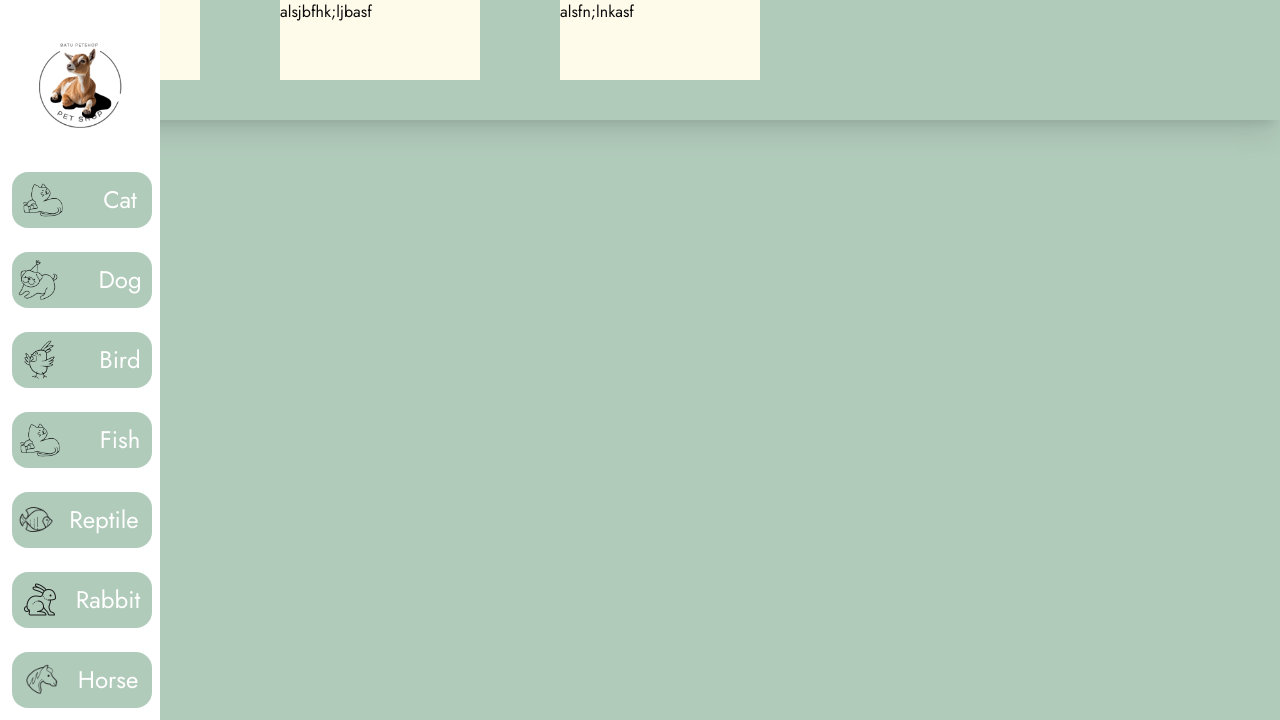
Repository: batu-call/batu-petshop
Page: /main (app in petshopp-appAdmin/admin/)
The author's editor kept a copy of each file at every save. The page is drawn from the files as they stood at one save, then again after the next save.
The browser window is 1280 px wide. The pictures show the whole page.
The project was rebuilt for these pictures with package versions that can differ from the ones it lists, and the page was loaded fresh each time. The framework's server and built-in components were replaced by stand-ins that run in the browser. Also part of the build but not shown: petshopp-appAdmin/admin/next.config.ts.

Above is the page before, as saved 2025-09-20 00:08:31.

### petshopp-appAdmin/admin/src/app/layout.tsx
import type { Metadata } from "next";
import { Jost } from 'next/font/google';
import "./globals.css";

const jost = Jost({
  subsets: ['latin'],
  weight: ['400', '500', '700'],
});


export const metadata: Metadata = {
  title: "Batu Petshop AdminPanel",
  description: "Generated by create next app",
   icons: {
    icon: '/favicon.ico',
  },
};

export default function RootLayout({
  children,
}: Readonly<{
  children: React.ReactNode;
}>) {
  return (
    <html lang="en">
      <body
        className={`antialiased ${jost.className}`}
      >
        {children}
      </body>
    </html>
  );
}

### petshopp-appAdmin/admin/src/app/main/layout.tsx
import Main from "./controller/Main"

export default function MainLayout({ children }: { children: React.ReactNode }) {
  return <Main>{children}</Main>
}

### petshopp-appAdmin/admin/src/app/main/page.tsx
import React from 'react'
import Main from './controller/Main'


const page = () => {
  return (
    <div>
        <Main />
    </div>
  )
}

export default page

### petshopp-appAdmin/admin/src/app/globals.css
@import "tailwindcss";
@import "tw-animate-css";

@custom-variant dark (&:is(.dark *));

@layer utilities {
  .bg-primary {
    background-color: #B1CBBB;
  }
  .bg-secondary {
    background-color: #DDEEDD;
  }
  .bg-secondary_20 {
    background-color: rgba(221, 238, 221, 0.2);
  }
  .text-jost {
    font-family: 'Jost',sans-serif;
  }
  .text-color {
    color: #393E46;
  }
  .text-color2 {
    color: #B1CBBB;
  }
}

body {
  font-family: 'Jost', Arial, Helvetica, sans-serif
}

@theme inline {
  --radius-sm: calc(var(--radius) - 4px);
  --radius-md: calc(var(--radius) - 2px);
  --radius-lg: var(--radius);
  --radius-xl: calc(var(--radius) + 4px);
  --color-background: var(--background);
  --color-foreground: var(--foreground);
  --color-card: var(--card);
  --color-card-foreground: var(--card-foreground);
  --color-popover: var(--popover);
  --color-popover-foreground: var(--popover-foreground);
  --color-primary: var(--primary);
  --color-primary-foreground: var(--primary-foreground);
  --color-secondary: var(--secondary);
  --color-secondary-foreground: var(--secondary-foreground);
  --color-muted: var(--muted);
  --color-muted-foreground: var(--muted-foreground);
  --color-accent: var(--accent);
  --color-accent-foreground: var(--accent-foreground);
  --color-destructive: var(--destructive);
  --color-border: var(--border);
  --color-input: var(--input);
  --color-ring: var(--ring);
  --color-chart-1: var(--chart-1);
  --color-chart-2: var(--chart-2);
  --color-chart-3: var(--chart-3);
  --color-chart-4: var(--chart-4);
  --color-chart-5: var(--chart-5);
  --color-sidebar: var(--sidebar);
  --color-sidebar-foreground: var(--sidebar-foreground);
  --color-sidebar-primary: var(--sidebar-primary);
  --color-sidebar-primary-foreground: var(--sidebar-primary-foreground);
  --color-sidebar-accent: var(--sidebar-accent);
  --color-sidebar-accent-foreground: var(--sidebar-accent-foreground);
  --color-sidebar-border: var(--sidebar-border);
  --color-sidebar-ring: var(--sidebar-ring);
}

:root {
  --radius: 0.625rem;
  --background: oklch(1 0 0);
  --foreground: oklch(0.145 0 0);
  --card: oklch(1 0 0);
  --card-foreground: oklch(0.145 0 0);
  --popover: oklch(1 0 0);
  --popover-foreground: oklch(0.145 0 0);
  --primary: oklch(0.205 0 0);
  --primary-foreground: oklch(0.985 0 0);
  --secondary: oklch(0.97 0 0);
  --secondary-foreground: oklch(0.205 0 0);
  --muted: oklch(0.97 0 0);
  --muted-foreground: oklch(0.556 0 0);
  --accent: oklch(0.97 0 0);
  --accent-foreground: oklch(0.205 0 0);
  --destructive: oklch(0.577 0.245 27.325);
  --border: oklch(0.922 0 0);
  --input: oklch(0.922 0 0);
  --ring: oklch(0.708 0 0);
  --chart-1: oklch(0.646 0.222 41.116);
  --chart-2: oklch(0.6 0.118 184.704);
  --chart-3: oklch(0.398 0.07 227.392);
  --chart-4: oklch(0.828 0.189 84.429);
  --chart-5: oklch(0.769 0.188 70.08);
  --sidebar: oklch(0.985 0 0);
  --sidebar-foreground: oklch(0.145 0 0);
  --sidebar-primary: oklch(0.205 0 0);
  --sidebar-primary-foreground: oklch(0.985 0 0);
  --sidebar-accent: oklch(0.97 0 0);
  --sidebar-accent-foreground: oklch(0.205 0 0);
  --sidebar-border: oklch(0.922 0 0);
  --sidebar-ring: oklch(0.708 0 0);
}

.dark {
  --background: oklch(0.145 0 0);
  --foreground: oklch(0.985 0 0);
  --card: oklch(0.205 0 0);
  --card-foreground: oklch(0.985 0 0);
  --popover: oklch(0.205 0 0);
  --popover-foreground: oklch(0.985 0 0);
  --primary: oklch(0.922 0 0);
  --primary-foreground: oklch(0.205 0 0);
  --secondary: oklch(0.269 0 0);
  --secondary-foreground: oklch(0.985 0 0);
  --muted: oklch(0.269 0 0);
  --muted-foreground: oklch(0.708 0 0);
  --accent: oklch(0.269 0 0);
  --accent-foreground: oklch(0.985 0 0);
  --destructive: oklch(0.704 0.191 22.216);
  --border: oklch(1 0 0 / 10%);
  --input: oklch(1 0 0 / 15%);
  --ring: oklch(0.556 0 0);
  --chart-1: oklch(0.488 0.243 264.376);
  --chart-2: oklch(0.696 0.17 162.48);
  --chart-3: oklch(0.769 0.188 70.08);
  --chart-4: oklch(0.627 0.265 303.9);
  --chart-5: oklch(0.645 0.246 16.439);
  --sidebar: oklch(0.205 0 0);
  --sidebar-foreground: oklch(0.985 0 0);
  --sidebar-primary: oklch(0.488 0.243 264.376);
  --sidebar-primary-foreground: oklch(0.985 0 0);
  --sidebar-accent: oklch(0.269 0 0);
  --sidebar-accent-foreground: oklch(0.985 0 0);
  --sidebar-border: oklch(1 0 0 / 10%);
  --sidebar-ring: oklch(0.556 0 0);
}

@layer base {
  * {
    @apply border-border outline-ring/50;
  }
  body {
    @apply bg-background text-foreground;
  }
}

### petshopp-appAdmin/admin/src/app/main/controller/Main.tsx
import React from 'react'
import Navbar from '../../Navbar/page'
import Sidebar from '../../Sidebar/page'



const Main = () => {
  return (
    <div className='w-full h-screen bg-primary'>
      {/* Navbar */}
      <Navbar />
      {/* Catgeory */}
      <Sidebar />
    </div>
  )
}

export default Main

### petshopp-appAdmin/admin/src/app/Navbar/page.tsx
import React from 'react'
import Link from 'next/link'
import Image from 'next/image'



const page = () => {
  return (
    <div>
        <Link href={"/main"}>
      <div className='w-full h-30 bg-primary shadow-xl'>
      <div className='fixed'>
        <Image  src={"/logo.png"} alt='main-icon' width={500} height={500} className='flex justify-center items-center w-40 h-40'/>
      </div>
      <div className='flex gap-20'>
        <div className='bg-amber-50 w-50 h-20'>
        <h3>am.sjbfk;jasf</h3>
        </div>
        <div className='bg-amber-50 w-50 h-20'>
        <h3>alsjbfhk;ljbasf</h3>
        </div>
        <div className='bg-amber-50 w-50 h-20'>
        <h3>alsfn;lnkasf</h3>
        </div>
      </div>
      </div>
      </Link>
    </div>
  )
}

export default page

### petshopp-appAdmin/admin/src/app/Sidebar/page.tsx
import React from 'react'
import Link from 'next/link'
import Image from 'next/image'

const page = () => {
  return (
    <div>
        <div className='w-40 h-screen bg-white fixed mt-7'>
        {/* Cat */}
        <Link href={"/Cat"}>
      <div className='bg-primary inline-block p-2 items-center mt-6 ml-3 rounded-2xl w-35'>
        <div className='flex gap-9 items-center justify-center'>
       <Image src="/cat_7721779.png" alt='cat-image'
       height={40}
       width={40}
       />
       <h2 className='text-2xl text-jost text-white p-1'>Cat</h2>
      </div>
      </div>
      </Link>
      {/* Dog */}
         <Link href={"/Dog"}>
       <div className='bg-primary inline-block p-2 items-center mt-6 ml-3 rounded-2xl w-35'>
        <div className='flex gap-9 items-center justify-center'>
       <Image src="/dog.png" alt='cat-image'
       height={40}
       width={40}
       />
       <h2 className='text-2xl text-jost text-white p-1'>Dog</h2>
      </div>
      </div>
      </Link>
      {/* BİRD */}
         <Link href={"/Bird"}>
       <div className='bg-primary inline-block p-2 items-center mt-6 ml-3 rounded-2xl w-35'>
        <div className='flex gap-9 items-center justify-center'>
       <Image src="/bird.png" alt='cat-image'
       height={40}
       width={40}
       />
       <h2 className='text-2xl text-jost text-white p-1'>Bird</h2>
      </div>
      </div>
      </Link>
      {/* FİSH */}
         <Link href={"/Fish"}>
       <div className='bg-primary inline-block p-2 items-center mt-6 ml-3 rounded-2xl w-35'>
        <div className='flex gap-9 items-center justify-center'>
       <Image src="/cat_7721779.png" alt='cat-image'
       height={40}
       width={40}
       />
       <h2 className='text-2xl text-jost text-white p-1'>Fish</h2>
      </div>
      </div>
      </Link>
      {/* Reptile */}
         <Link href={"/Reptile"}>
       <div className='bg-primary inline-block p-2 items-center mt-6 ml-3 rounded-2xl w-35'>
        <div className='flex gap-3 items-center justify-center'>
       <Image src="/fish.png" alt='cat-image'
       height={40}
       width={40}
       />
       <h2 className='text-2xl text-jost text-white mr-2'>Reptile</h2>
      </div>
      </div>
      </Link>
      {/* Rabbit */}
         <Link href={"/Rabbit"}>
       <div className='bg-primary inline-block p-2 items-center mt-6 ml-3 rounded-2xl w-35'>
        <div className='flex gap-3 items-center justify-center'>
       <Image src="/rabbit2.png" alt='cat-image'
       height={40}
       width={40}
       />
       <h2 className='text-2xl text-jost text-white p-1'>Rabbit</h2>
      </div>
      </div>
      </Link>
      {/* Horse */}
         <Link href={"/Horse"}>
       <div className='bg-primary inline-block p-2 items-center mt-6 ml-3 rounded-2xl w-35'>
        <div className='flex gap-3 items-center justify-center'>
       <Image src="/horse.png" alt='cat-image'
       height={40}
       width={40}
       />
       <h2 className='text-2xl text-jost text-white p-1'>Horse</h2>
      </div>
      </div>
      </Link>
      {/* Contact */}
         <Link href={"/Contact"}>
       <div className='bg-primary inline-block p-2 items-center mt-6 ml-3 rounded-2xl w-35'>
        <div className='flex gap-3 items-center justify-center'>
       <h2 className='text-2xl text-jost text-white p-1'>Contact</h2>
      </div>
      </div>
      </Link>
      {/* +category */}
       <div className='bg-primary inline-block p-2 items-center mt-6 ml-3 rounded-2xl w-35'>
        <div className='flex gap-3 items-center justify-center'>
       <h2 className='text-2xl text-jost text-white p-1'>+category</h2>
      </div>
      </div>
    </div>
    </div>
  )
}

export default page

After the next save:
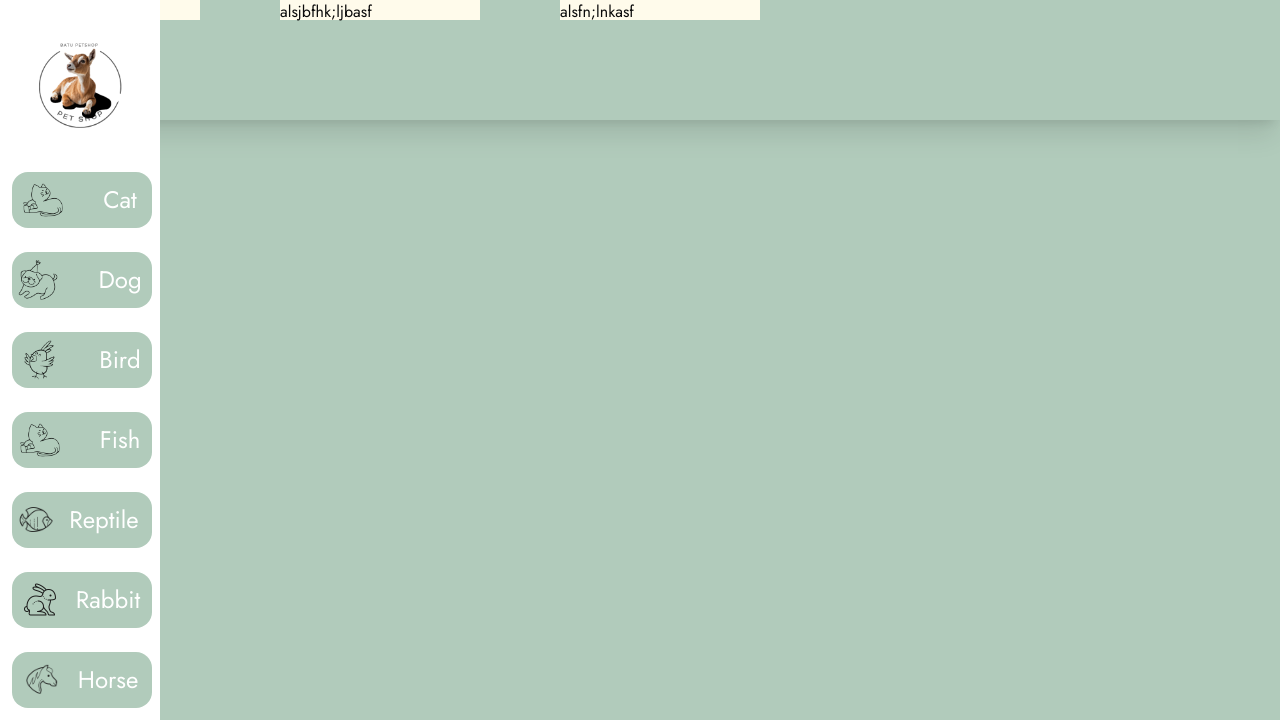
Saved 6 s later.
--- a/petshopp-appAdmin/admin/src/app/Navbar/page.tsx
+++ b/petshopp-appAdmin/admin/src/app/Navbar/page.tsx
@@ -13,13 +13,13 @@ const page = () => {
         <Image  src={"/logo.png"} alt='main-icon' width={500} height={500} className='flex justify-center items-center w-40 h-40'/>
       </div>
       <div className='flex gap-20'>
-        <div className='bg-amber-50 w-50 h-20'>
+        <div className='bg-amber-50 w-50 h-5'>
         <h3>am.sjbfk;jasf</h3>
         </div>
-        <div className='bg-amber-50 w-50 h-20'>
+        <div className='bg-amber-50 w-50 h-5'>
         <h3>alsjbfhk;ljbasf</h3>
         </div>
-        <div className='bg-amber-50 w-50 h-20'>
+        <div className='bg-amber-50 w-50 h-5'>
         <h3>alsfn;lnkasf</h3>
         </div>
       </div>
